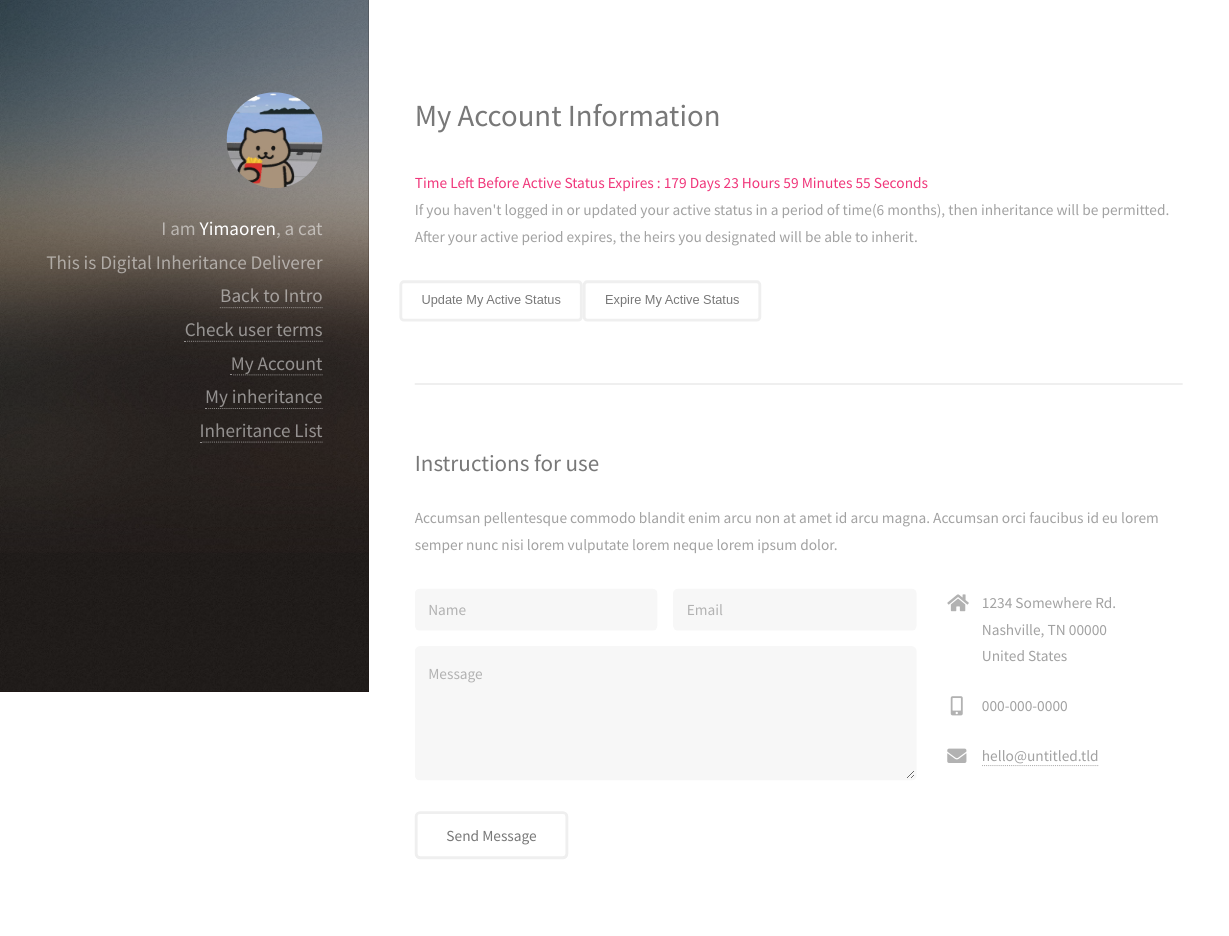
Repository: 1mocat/DID-blockchain-project
Page: Digital_I_D/app/src/myaccount.html
An editor plug-in stored every save of this project. The page is shown before and after a run of saves, followed by the edit.
The browser window is 1280 px wide. The pictures show the whole page, at 96% of full size.

Above is the page before, as saved 2023-10-02 16:30:19.

After the next 3 saves:
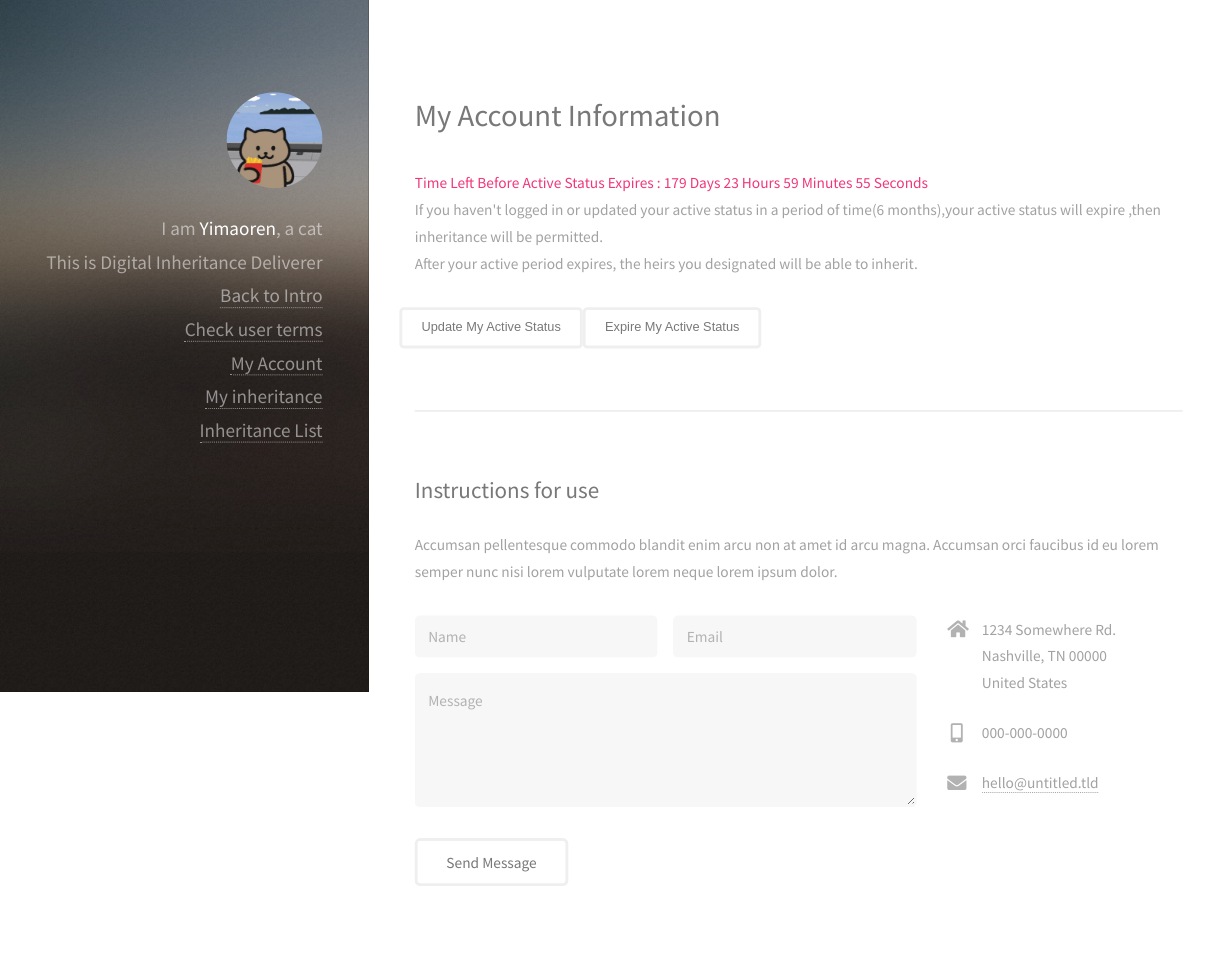
The 3 saves are shown as one change because they came seconds apart.
The last was saved 3 min 0 s later.
--- a/Digital_I_D/app/src/myaccount.html
+++ b/Digital_I_D/app/src/myaccount.html
@@ -70,7 +70,7 @@
 				</script>
 			</header>
 
-			<p>If you haven't logged in or updated your active status in a period of time(6 months), then inheritance will be permitted.
+			<p>If you haven't logged in or updated your active status in a period of time(6 months),your active status will expire ,then inheritance will be permitted.
 			<br>After your active period expires, the heirs you designated will be able to inherit.</p>
 
 
